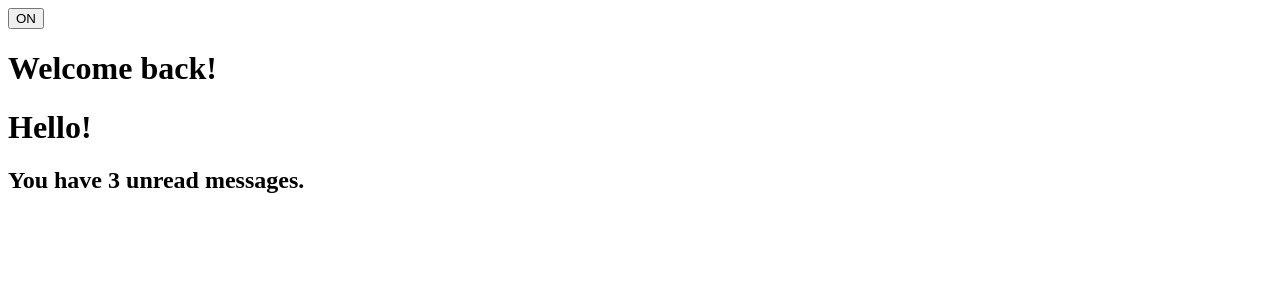
Repository: WanYouwen/react_study_code
Page: day01/01-基础/test.html
These files come from the project's save history. The page is drawn as it stood at one moment and after the next save; the edit follows.
The browser window is 1280 px wide. The pictures show the whole page.

Above is the page before, as saved 2020-08-11 17:30:09.

After the next save:
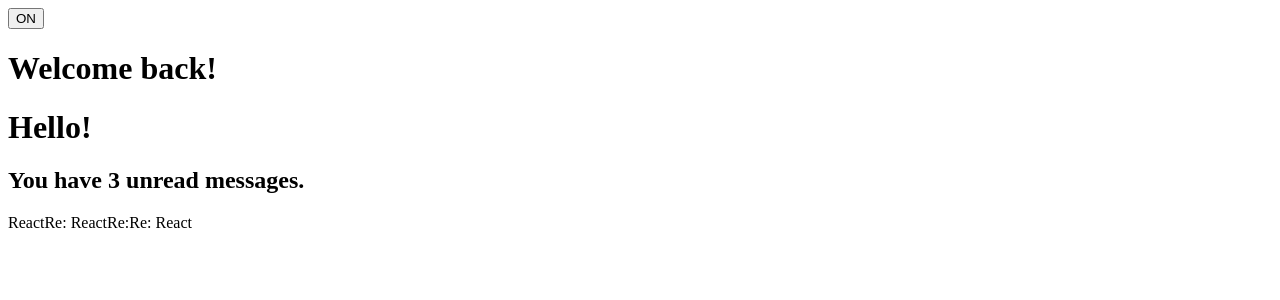
Saved 46 s later.
--- a/day01/01-基础/test.html
+++ b/day01/01-基础/test.html
@@ -70,6 +70,7 @@
           {unreadMessages.length > 0 && (
             <h2>You have {unreadMessages.length} unread messages.</h2>
           )}
+          {unreadMessages}
         </div>
       );
     }

After the save that followed:
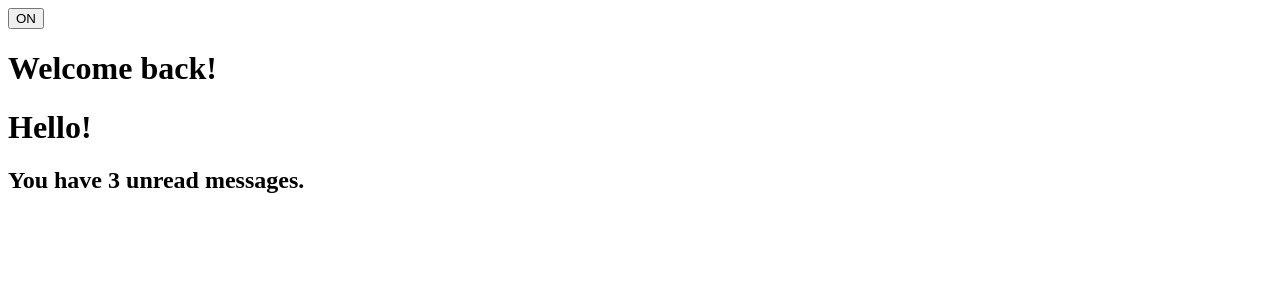
Saved 8 s later.
--- a/day01/01-基础/test.html
+++ b/day01/01-基础/test.html
@@ -70,7 +70,6 @@
           {unreadMessages.length > 0 && (
             <h2>You have {unreadMessages.length} unread messages.</h2>
           )}
-          {unreadMessages}
         </div>
       );
     }
